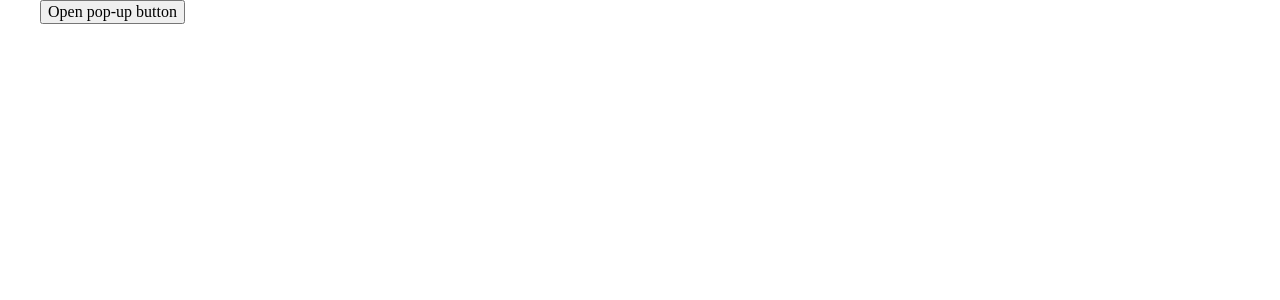
Repository: Evgenius190999999/nodasoft
Page: index.html
An editor plug-in stored every save of this project. The page is shown before and after the next save, followed by the edit.
The browser window is 1280 px wide. The pictures show the whole page.
Some web libraries are served in a nearby version. The style sheet was rebuilt from its Sass, Less or Tailwind sources for each picture, by a compiler version that may differ from the author's.

Above is the page before, as saved 2022-07-08 14:35:10.

### index.html
<!DOCTYPE html>
<html lang="en">

<head>
    <meta charset="UTF-8">
    <meta http-equiv="X-UA-Compatible" content="IE=edge">
    <meta name="viewport" content="width=device-width, initial-scale=1.0">
    <link rel="stylesheet" href="./style/normalize.css">
    <link rel="stylesheet" href="./style/reset.css">
    <link rel="stylesheet" href="./style/style.css">
    <script src="https://kit.fontawesome.com/33ab42410f.js" crossorigin="anonymous"></script>
    <title>Nodasoft</title>
</head>

<body>
    <header class="header container">
        <button class="open__popup">Open pop-up button</button>
    </header>

</body>

</html>

### style/sass/style.sass

*, *::after, *::before
    box-sizing: border-box

.header
    margin: 0 15px

.container
    max-width: 1200px
    margin: 0 auto

.open__popup

Loaded but not shown: style/normalize.css (library); style/reset.css (common file)

After the next save:
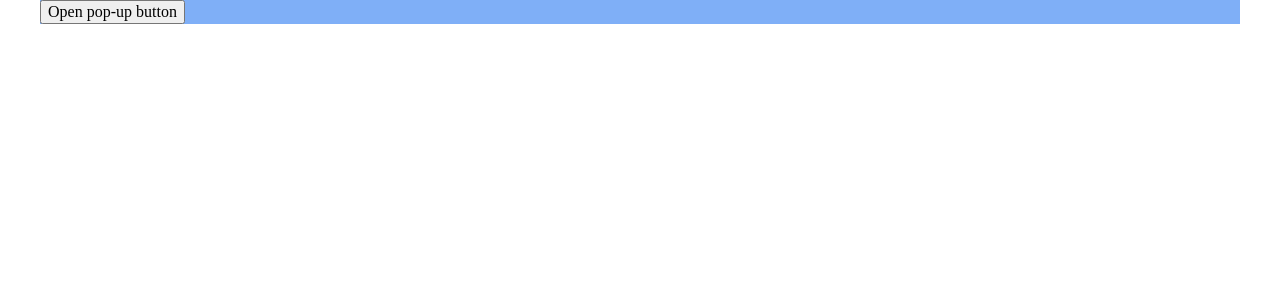
Saved 6 s later.
--- a/style/sass/style.sass
+++ b/style/sass/style.sass
@@ -4,6 +4,7 @@
 
 .header
     margin: 0 15px
+    background: #7FAFF7
 
 .container
     max-width: 1200px
